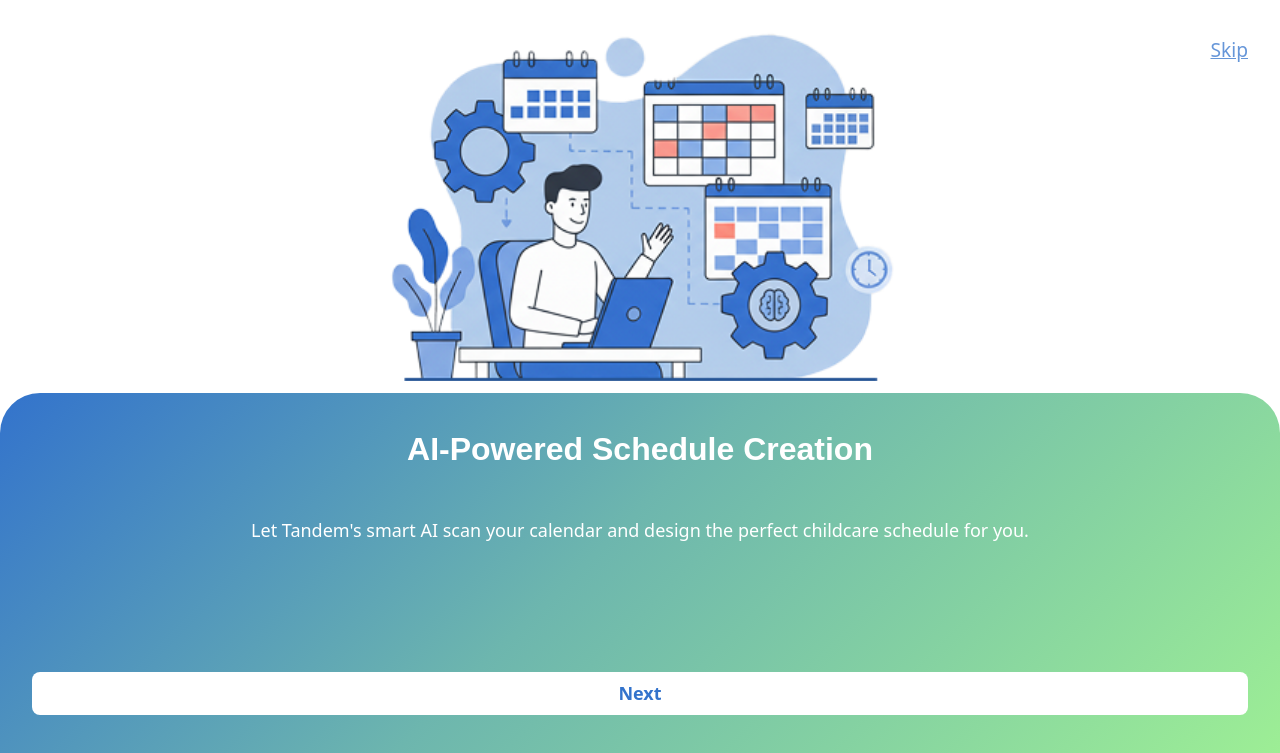
Repository: IDSP-TRADECARE/Tandem
Page: /boarding/features
The author's editor kept a copy of each file at every save. The page is drawn from the files as they stood at one save, then again after the next save.
The browser window is 1280 px wide. The pictures show the whole page.
The page's requests for data from a server got no answer. Some web fonts or font styles are not loaded; a fallback is used. The project was rebuilt for these pictures with package versions that can differ from the ones it lists, and the page was loaded fresh each time. Some packages were replaced by stand-ins written for this rebuild. The framework's server and built-in components were replaced by stand-ins that run in the browser. No one was signed in, and anything a server would have sent is missing. Also part of the build but not shown: next.config.ts, src/app/components/auth/AuthGuard.tsx.

Above is the page before, as saved 2025-11-23 00:32:28.

### src/app/layout.tsx
/* eslint-disable @next/next/no-page-custom-font */
import { ClerkProvider } from '@clerk/nextjs'
import { SocketProvider } from '@/lib/socket/SocketContext'
import './globals.css'
import type { Metadata } from "next";
import { AuthWrapper } from './components/auth/AuthWrapper';


export const metadata: Metadata = {
  title: "Tandem",
  description: "Share childcare with your community",
  icons: {
    icon: 'brand/logoColor.svg',
  },
};

export default function RootLayout({
  children,
}: Readonly<{
  children: React.ReactNode;
}>) {
  return (
    <ClerkProvider>
      <html lang="en">
        <head>
          {/* Omnes Pro from Adobe Fonts */}
          <link rel="stylesheet" href="https://use.typekit.net/pku8yek.css" />

          {/* Alan Sans from Google Fonts */}
          <link rel="preconnect" href="https://fonts.googleapis.com" />
          <link rel="preconnect" href="https://fonts.gstatic.com" crossOrigin="anonymous" />
          <link href="https://fonts.googleapis.com/css2?family=Alan+Sans:wght@300..900&display=swap" rel="stylesheet" />
        </head>
        <body className="antialiased">
          <SocketProvider>
            <AuthWrapper>
              {children}
            </AuthWrapper>
          </SocketProvider>
        </body>
      </html>
    </ClerkProvider>
  )
}

### src/app/boarding/features/page.tsx
"use client";
import { useState } from "react";
import { useRouter } from "next/navigation";
import styles from "./features.module.css";

const features = [
    {
        id: 1,
        title: "AI-Powered Schedule Creation",
        description:
            "Let Tandem's smart AI scan your calendar and design the perfect childcare schedule for you.",
        imgSrc: "/boarding/Graphic-ai-powered-feature1.png",
    },
    {
        id: 2,
        title: "Seamless Nanny Booking",
        description:
            "Effortlessly discover and book reliable nannies tailored to your family's needs.",
        imgSrc: "/boarding/Seamless-nanny-booking-feature2.png",
    },
    {
        id: 3,
        title: "Intelligent Nanny Sharing",
        description:
            "Team up with nearby families to share trusted nannies, cutting costs while building lasting connections.",
        imgSrc: "/boarding/Intelligent-nanny-sharing-feature3.png",
    },
];

export default function FeaturesPage() {
    const [currentIndex, setCurrentIndex] = useState(0);
    const router = useRouter();

    const handleNext = () => {
        if (currentIndex < features.length - 1) {
            setCurrentIndex(currentIndex + 1);
        } else {
            router.push("./sign-up");
        }
    };

    const handleSkip = () => {
        router.push("./sign-up");
    };

    const handlePrevious = () => {
        if (currentIndex > 0) {
            setCurrentIndex(currentIndex - 1);
        }
    };

    const currentFeature = features[currentIndex];
    const showPrevious = currentIndex > 0;

    return (
        <div className={styles.container}>
            <button
                className={styles.skipButton}
                onClick={handleSkip}
            >
                Skip
            </button>

            <div className={styles.imageSection}>
                <div className={styles.imageContainer}>
                    <img
                        src={currentFeature.imgSrc}
                        alt={`Feature ${currentFeature.id}`}
                    />
                </div>
                <div className={styles.progressDots}>
                    {features.map((_, index) => (
                        <div
                            key={index}
                            className={`${styles.dot} ${
                                index === currentIndex ? styles.active : ""
                            }`}
                        />
                    ))}
                </div>
            </div>

            <div className={styles.contentButtons}>
                <div className={styles.content}>
                    <h1 className={styles.title}>{currentFeature.title}</h1>
                    <p className={styles.description}>
                        {currentFeature.description}
                    </p>
                </div>
                <div className={styles.navigationButtons}>
                    {showPrevious && (
                        <button
                            className={styles.previousButton}
                            onClick={handlePrevious}
                        >
                            Previous
                        </button>
                    )}
                    <button
                        className={styles.nextButton}
                        onClick={handleNext}
                    >
                        Next
                    </button>
                </div>
            </div>
        </div>
    );
}

### src/lib/socket/SocketContext.tsx
'use client';

import { createContext, useContext, useEffect, useState } from 'react';
import { io, Socket } from 'socket.io-client';
import { ClientToServerEvents, ServerToClientEvents } from './types';

type TypedSocket = Socket<ServerToClientEvents, ClientToServerEvents>;

interface SocketContextType {
  socket: TypedSocket | null;
  isConnected: boolean;
}

const SocketContext = createContext<SocketContextType>({
  socket: null,
  isConnected: false,
});

export function SocketProvider({ children }: { children: React.ReactNode }) {
  const [socket, setSocket] = useState<TypedSocket | null>(null);
  const [isConnected, setIsConnected] = useState(false);

  useEffect(() => {
    const socketUrl = process.env.NEXT_PUBLIC_SOCKET_URL || 'http://localhost:3001';

    console.log('Connecting to Socket.IO server:', socketUrl);

    const socketInstance: TypedSocket = io(socketUrl, {
      transports: ['websocket', 'polling'],
    });

    socketInstance.on('connect', () => {
      console.log('✅ Socket connected:', socketInstance.id);
      setIsConnected(true);
    });

    socketInstance.on('disconnect', () => {
      console.log('❌ Socket disconnected');
      setIsConnected(false);
    });

    socketInstance.on('connect_error', (error) => {
      console.error('Socket connection error:', error);
      setIsConnected(false);
    });

    setSocket(socketInstance);

    return () => {
      socketInstance.disconnect();
    };
  }, []);

  return (
    <SocketContext.Provider value={{ socket, isConnected }}>
      {children}
    </SocketContext.Provider>
  );
}

export const useSocket = () => useContext(SocketContext);

### src/app/globals.css
@import "tailwindcss";

@theme {
  /* Font families */
  --font-family-alan: "Alan Sans", sans-serif;
  --font-family-omnes: "omnes-pro", sans-serif;

  /* Primary Colors */
  --color-primary: #3373cc;
  --color-primary-lighter: #a3c0e8;
  --color-primary-light: #91b3e3;
  --color-primary-light-hover: #91b3e3;
  --color-primary-light-active: #7aa4de;
  --color-primary-hover: #2b62ad;
  --color-primary-active: #255495;
  --color-primary-dark: #122847;
  --color-primary-dark-hover: #0d1d33;
  --color-primary-dark-active: #060d16;

  /* Secondary Colors */
  --color-secondary: #92f189;
  --color-secondary-lighter: #cef9ca;
  --color-secondary-light: #c4f7bf;
  --color-secondary-light-hover: #c4f7bf;
  --color-secondary-light-active: #b8f6b2;
  --color-secondary-hover: #7ccd74;
  --color-secondary-active: #6bb064;
  --color-secondary-dark: #335430;
  --color-secondary-dark-hover: #253c22;
  --color-secondary-dark-active: #101b0f;

  /* Analogous Colors */
  --color-analogous: #68d5ff;
  --color-analogous-lighter: #bbecff;
  --color-analogous-light: #ade8ff;
  --color-analogous-light-hover: #ade8ff;
  --color-analogous-light-active: #9de4ff;
  --color-analogous-hover: #58b5d9;
  --color-analogous-active: #4c9bba;
  --color-analogous-dark: #244b59;
  --color-analogous-dark-hover: #1a3540;
  --color-analogous-dark-active: #0b171c;

  /* Success */
  --color-success: #95b548;

  /* Warning */
  --color-warning: #d78f26;

  /* Error */
  --color-error: #c43535;

  /* Neutral Colors */
  --color-neutral-50: #e6e6e8;
  --color-neutral-100: #b0b0b8;
  --color-neutral-200: #8a8a96;
  --color-neutral-300: #545466;
  --color-neutral-400: #333349;
  --color-neutral-500: #00001b;
  --color-neutral-600: #000019;
  --color-neutral-700: #000013;
  --color-neutral-800: #00000f;
  --color-neutral-900: #00000b;
}

@layer base {
  :root {
    /* Semantic mappings for shadcn */
    --background: 0 0% 100%;
    --foreground: var(--color-neutral-500);
    --card: 0 0% 100%;
    --card-foreground: var(--color-neutral-500);
    --popover: 0 0% 100%;
    --popover-foreground: var(--color-neutral-500);
    --primary-foreground: 0 0% 98%;
    --secondary-foreground: var(--color-neutral-500);
    --muted: var(--color-neutral-50);
    --muted-foreground: var(--color-neutral-300);
    --accent: var(--color-analogous-light);
    --accent-foreground: var(--color-neutral-500);
    --destructive: var(--color-error);
    --destructive-foreground: 0 0% 98%;
    --border: var(--color-neutral-100);
    --input: var(--color-neutral-100);
    --ring: var(--color-primary);
    --radius: 0.5rem;
    --gradient-primary: linear-gradient(135deg, #3373CC 0%, #6DB6AE 46%, #9DEE95 100%);
  }

  .dark {
    --background: var(--color-neutral-500);
    --foreground: 0 0% 98%;
    --card: var(--color-neutral-400);
    --card-foreground: 0 0% 98%;
    --popover: var(--color-neutral-400);
    --popover-foreground: 0 0% 98%;
    --primary-foreground: var(--color-neutral-500);
    --secondary-foreground: 0 0% 98%;
    --muted: var(--color-neutral-300);
    --muted-foreground: var(--color-neutral-100);
    --accent: var(--color-analogous-dark);
    --accent-foreground: 0 0% 98%;
    --destructive-foreground: 0 0% 98%;
    --border: var(--color-neutral-300);
    --input: var(--color-neutral-300);
    --ring: var(--color-primary-light);
    --gradient-primary: linear-gradient(135deg, #3373CC 0%, #6DB6AE 46%, #9DEE95 100%);
  }

  /* Font utilities */
  .font-alan {
    font-family: var(--font-family-alan);
    font-optical-sizing: auto;
  }

  .font-omnes {
    font-family: var(--font-family-omnes);
  }
}

/* FullCalendar Custom Styles */
.fullcalendar-container {
  font-family: inherit;
}

.fc {
  font-size: 14px;
}

.fc .fc-toolbar-title {
  font-size: 1.5rem;
  font-weight: 700;
  color: var(--color-primary);
}

.fc .fc-button {
  background-color: var(--color-primary);
  border-color: var(--color-primary);
  color: white;
  border-radius: 8px;
  padding: 6px 12px;
  font-weight: 600;
}

.fc .fc-button:hover {
  background-color: var(--color-primary-hover);
  border-color: var(--color-primary-hover);
}

.fc .fc-button-active {
  background-color: var(--color-primary-dark);
  border-color: var(--color-primary-dark);
}

.fc .fc-col-header-cell {
  background-color: var(--color-neutral-50);
  padding: 12px;
  font-weight: 600;
  color: var(--color-primary);
}

.fc .fc-daygrid-day-number {
  font-weight: 600;
  color: var(--color-primary);
  padding: 8px;
}

.fc .fc-daygrid-day.fc-day-today {
  background-color: var(--color-primary-lighter) !important;
}

.fc .fc-event {
  border-radius: 6px;
  padding: 4px 6px;
  font-size: 12px;
  font-weight: 600;
  cursor: pointer;
}

.fc .fc-timegrid-event {
  border-radius: 6px;
  padding: 4px;
}

.fc .fc-timegrid-slot {
  height: 3em;
}

.fc .fc-scrollgrid {
  border-color: var(--neutral-100) !important;
}

@layer utilities {
  .bg-gradient-primary {
    background: var(--gradient-primary);
  }
}

### src/app/components/auth/AuthWrapper.tsx
'use client';

import { usePathname } from 'next/navigation';
import { AuthGuard } from './AuthGuard';

export function AuthWrapper({ children }: { children: React.ReactNode }) {
  const pathname = usePathname();

  // Routes that don't require authentication
  const publicRoutes = ['/boarding/features', '/sign-in', '/sign-up'];
  const isPublicRoute = pathname === '/' || publicRoutes.some(route => pathname?.startsWith(route));

  if (isPublicRoute) {
    return <>{children}</>;
  }

  return <AuthGuard>{children}</AuthGuard>;
}

### src/app/boarding/features/features.module.css
.container {
    min-height: 100vh;
    display: flex;
    flex-direction: column;
    background: #fff;
}

.skipButton {
    position: absolute;
    top: 1.75rem;
    right: 1rem;
    background: none;
    border: none;
    color: var(--color-primary);
    font-size: 1.2rem;
    cursor: pointer;
    z-index: 10;
    padding: 0.5rem 1rem;
    text-decoration: underline;
    opacity: 0.75;
}

.imageSection {
    flex: 1;
    display: flex;
    flex-direction: column;
    align-items: center;
    justify-content: center;
    background: #fff;
    padding: 0.5rem 0;
    position: relative;
    overflow: hidden;
}

.imageContainer {
    flex: 1;
    display: flex;
    align-items: center;
    justify-content: center;
    width: 100%;
    padding: 0 1rem;
}

.imageContainer img {
    width: 100%;
    max-width: 500px;
    min-width: 350px;
    height: auto;
    object-fit: contain;
    transform: scale(1.2);
}

.progressDots {
    display: flex;
    gap: 0.5rem;
    justify-content: center;
    padding: 1rem 0;
}

.dot {
    width: 1.5rem;
    height: 0.375rem;
    border-radius: 0.25rem;
    background-color: var(--color-primary-lighter);
    transition: all 0.5s;
}

.dot.active {
    background: var(--color-primary);
    width: 3rem;
}

.contentButtons {
    background: var(--gradient-primary);
    border-top-left-radius: 2.5rem;
    border-top-right-radius: 2.5rem;
    padding: 2rem;
    height: 50vh;
    width: 100%;
    display: flex;
    flex-direction: column;
    gap: 8rem;
}

.content {
    display: flex;
    flex-direction: column;
    align-items: center;
    text-align: center;
}

.title {
    font-size: 2rem;
    font-family: var(--font-family-alan);
    font-weight: bolder;
    color: #fff;
    margin-bottom: 2.75rem;
}

.description {
    font-size: 1.125rem;
    color: #fff;
    margin-bottom: 0;
}

.navigationButtons {
    display: flex;
    gap: 1rem;
    width: 100%;
    margin-bottom: 1rem;
}

.previousButton {
    flex: 1;
    padding: 0.5rem;
    background: rgba(255, 255, 255, 0.2);
    color: #fff;
    border: 1px solid #fff;
    border-radius: 0.5rem;
    font-size: 1.125rem;
    font-weight: bold;
    cursor: pointer;
    transition: all 0.3s;
}

.previousButton:hover {
    background: rgba(255, 255, 255, 0.3);
}

.previousButton:active {
    opacity: 0.8;
}

.nextButton {
    flex: 1;
    padding: 0.5rem;
    background: #fff;
    color: var(--color-primary);
    border: none;
    border-radius: 0.5rem;
    font-size: 1.125rem;
    font-weight: bold;
    cursor: pointer;
    transition: opacity 0.3s;
}

.nextButton:hover {
    opacity: 0.9;
}

.nextButton:active {
    opacity: 0.8;
}

After the next save:
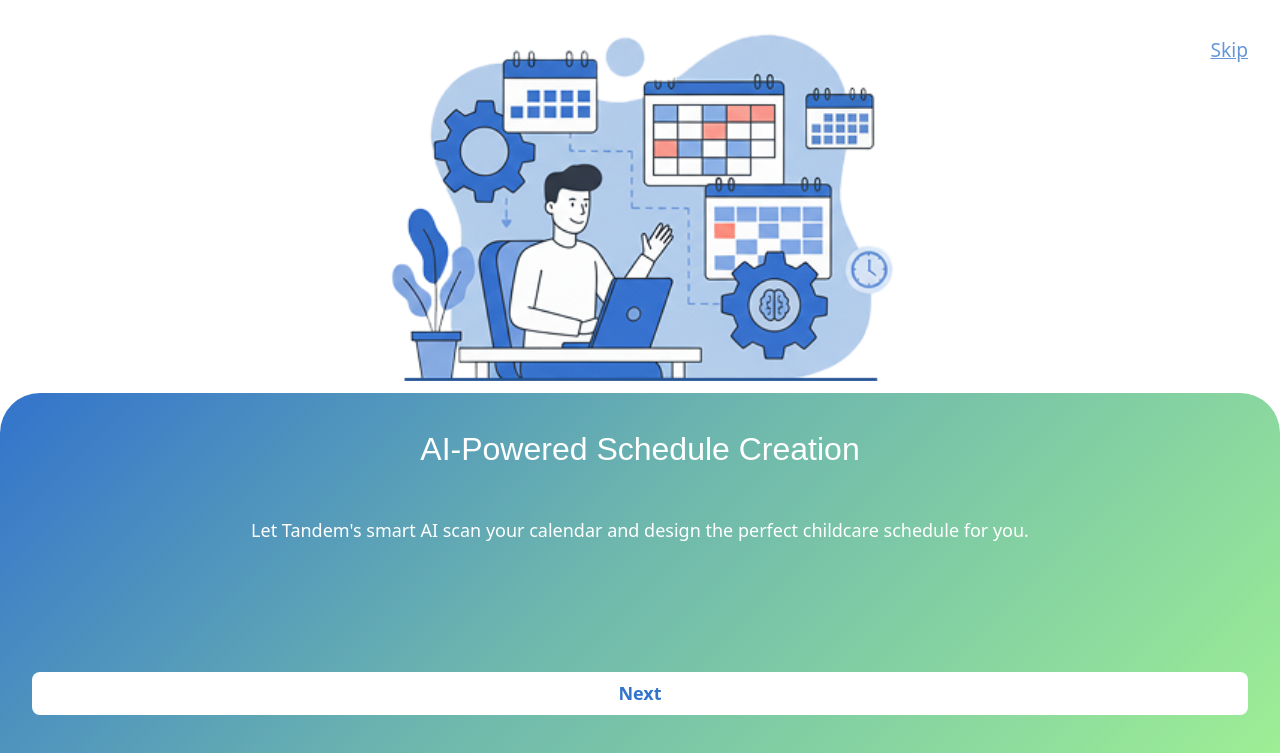
Saved 13 s later.
--- a/src/app/boarding/features/features.module.css
+++ b/src/app/boarding/features/features.module.css
@@ -92,7 +92,7 @@
 .title {
     font-size: 2rem;
     font-family: var(--font-family-alan);
-    font-weight: bolder;
+    font-weight: black;
     color: #fff;
     margin-bottom: 2.75rem;
 }

After the save that followed:
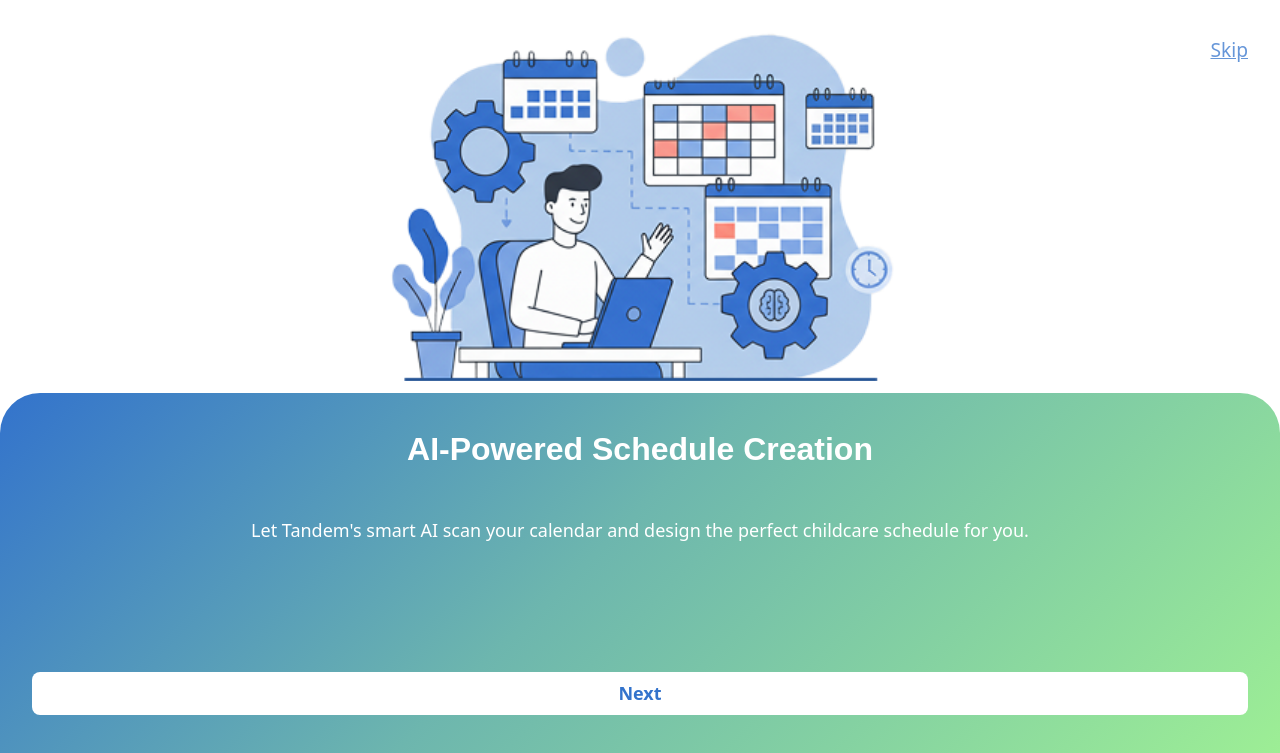
Saved 6 s later.
--- a/src/app/boarding/features/features.module.css
+++ b/src/app/boarding/features/features.module.css
@@ -92,7 +92,7 @@
 .title {
     font-size: 2rem;
     font-family: var(--font-family-alan);
-    font-weight: black;
+    font-weight: 900;
     color: #fff;
     margin-bottom: 2.75rem;
 }
